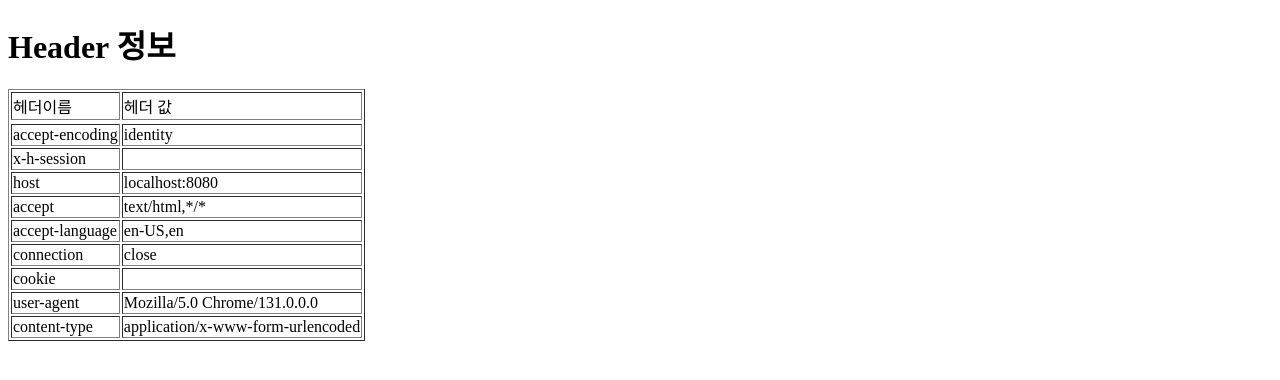
Repository: SouthSea0613/401_Unauthorized_java
Page: http://localhost/request/header.jsp
The author's editor kept a copy of each file at every save. The page is drawn from the files as they stood at one save, then again after the next save.
The browser window is 1280 px wide. The pictures show the whole page.
The page is served by Tomcat 9.

Above is the page before, as saved 2024-12-02 05:44:35.

After the next save:
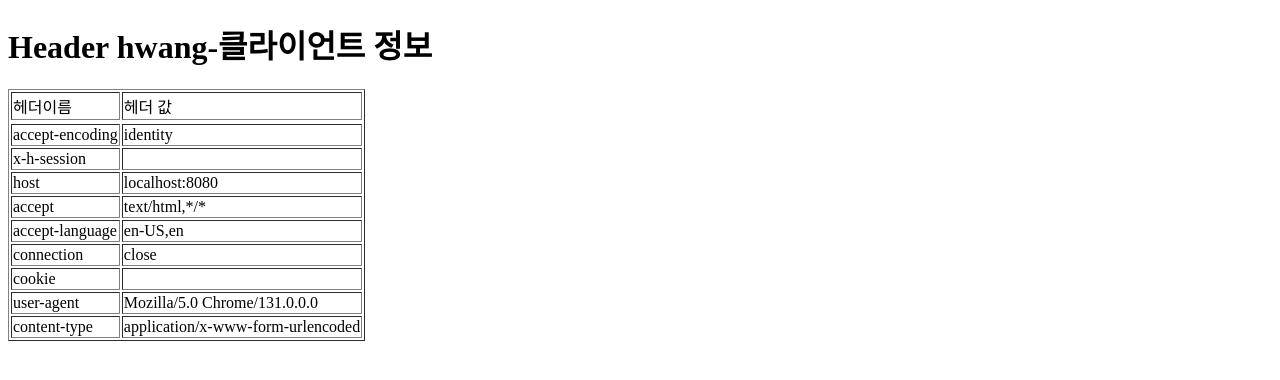
Saved 44 s later.
--- a/request/src/main/webapp/header.jsp
+++ b/request/src/main/webapp/header.jsp
@@ -8,7 +8,7 @@
 <title>Insert title here</title>
 </head>
 <body>
-	<h1>Header 정보</h1>
+	<h1>Header hwang-클라이언트 정보</h1>
 	<table border="1">
 		<tr>
 			<td>헤더이름</td>
